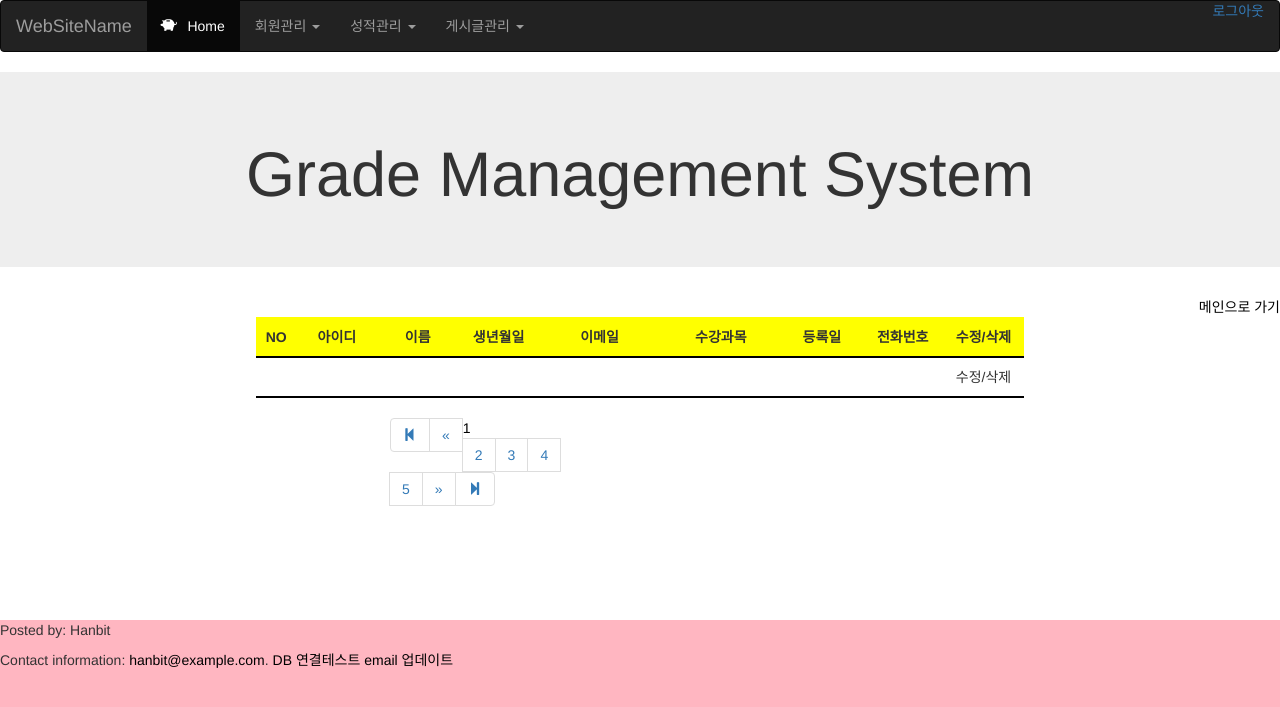
Repository: jeonghyunseok/GMSUI
Page: http://localhost/GMS2/WEB-INF/view/member/member_list.jsp
These files come from the project's save history. The page is drawn as it stood at one moment and after the next save; the edit follows.
The browser window is 1280 px wide. The pictures show the whole page.
Some web libraries are served in a nearby version. The page is served by Tomcat 9. Nobody is signed in. The template is opened directly, without the code that normally fills it, so the values that code supplies are empty.

Above is the page before, as saved 2017-08-18 05:40:28.
Console error: SyntaxError: Unexpected identifier 'addAttribute'

After the next save:
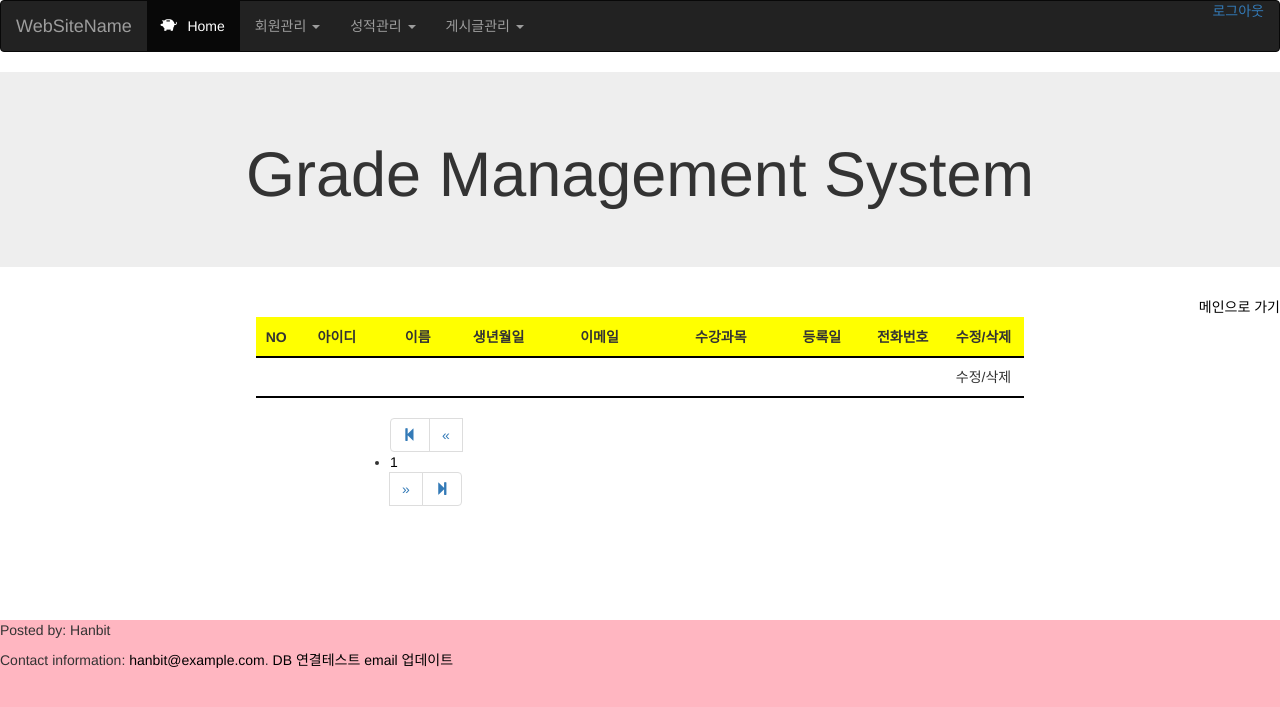
Saved 19 s later.
--- a/GMS2/WebContent/WEB-INF/view/member/member_list.jsp
+++ b/GMS2/WebContent/WEB-INF/view/member/member_list.jsp
@@ -41,10 +41,7 @@
 	    <c:forEach varStatus="i" begin="1" end="5">
 	    <li class="active"><a onclick="clickChange()" href="#">1</a></li>
 	    </c:forEach>
-	    <li><a href="#">2</a></li>
-	    <li><a href="#">3</a></li>
-	    <li><a href="#">4</a></li>
-	    <li><a href="#">5</a></li>
+
 	    <li>
 	      <a href="#" aria-label="Next">
 	        <span aria-hidden="true">&raquo;</span>
